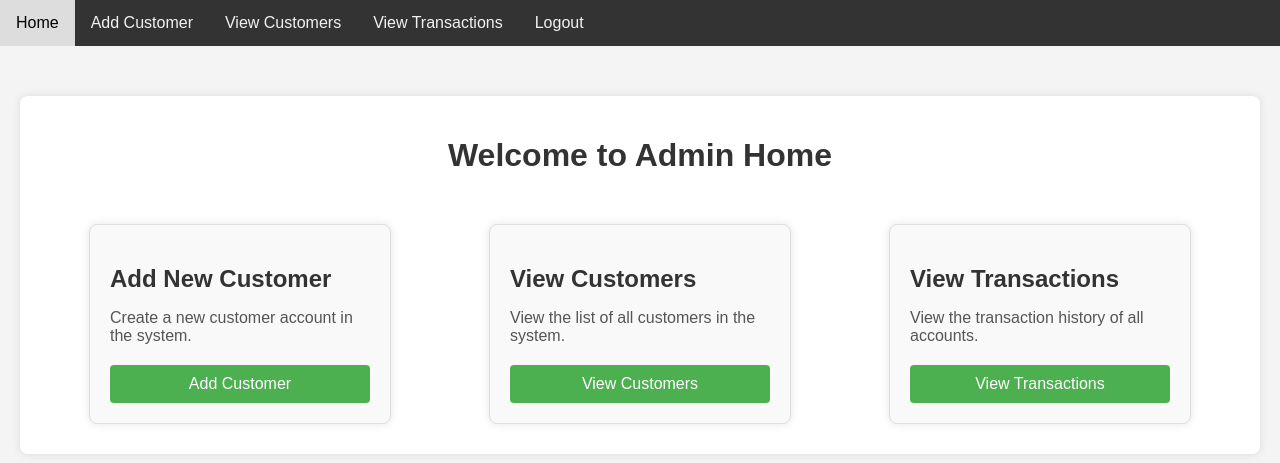
Repository: SuyashAwasthy/Javaee
Page: http://localhost/13-bank-application-mvc/admin
The author's editor kept a copy of each file at every save. The page is drawn from the files as they stood at one save, then again after the next save.
The browser window is 1280 px wide. The pictures show the whole page.
The page is served by Tomcat 9. The session is filled in as if someone had signed in: {"username": "testuser", "role": "Admin"}. Other server files are loaded and not shown. Queries for data that is not in the repository find no rows.

Above is the page before, as saved 2024-07-22 10:32:16.

### 13-bank-application-mvc/WebContent/adminHome.jsp
<!DOCTYPE html>
<html lang="en">
<head>
    <meta charset="UTF-8">
    <meta name="viewport" content="width=device-width, initial-scale=1.0">
    <title>Admin Home</title>
    <link rel="stylesheet" href="css/adminHome.css">
    <link rel="stylesheet" type="text/css" href="css/styles.css">
</head>
<body>
    <div class="navbar">
        <a href="adminHome.jsp">Home</a>
        <a href="addCustomer.jsp">Add Customer</a>
        <a href="viewCustomers.jsp">View Customers</a>
        <a href="viewTransaction.jsp">View Transactions</a>
    	<a href="logout" class="logout-btn">Logout</a>
    </div>

    <div class="container">
        <h1>Welcome to Admin Home</h1>
        <div class="card-container">
            <div class="card">
                <h2>Add New Customer</h2>
                <p>Create a new customer account in the system.</p>
                <a href="addCustomer.jsp" class="btn">Add Customer</a>
            </div>
            <div class="card">
                <h2>View Customers</h2>
                <p>View the list of all customers in the system.</p>
                <a href="viewCustomers.jsp" class="btn">View Customers</a>
            </div>
            <div class="card">
                <h2>View Transactions</h2>
                <p>View the transaction history of all accounts.</p>
                <a href="viewTransaction.jsp" class="btn">View Transactions</a>
            </div>
        </div>
    </div>
</body>
</html>

### 13-bank-application-mvc/src/com/techlabs/controller/AdminController.java
package com.techlabs.controller;

import java.io.IOException;
import java.util.List;

import javax.annotation.Resource;
import javax.servlet.RequestDispatcher;
import javax.servlet.ServletException;
import javax.servlet.annotation.WebServlet;
import javax.servlet.http.HttpServlet;
import javax.servlet.http.HttpServletRequest;
import javax.servlet.http.HttpServletResponse;
import javax.sql.DataSource;

import com.techlabs.dao.BankDAO;
import com.techlabs.entity.Account;
import com.techlabs.entity.Customer;
import com.techlabs.entity.Transaction;

@WebServlet("/admin")
public class AdminController extends HttpServlet {
	private static final long serialVersionUID = 1L;

	private BankDAO bankDao;

    @Resource(name = "jdbc/bankdb")
	private DataSource dataSource;


    @Override
	public void init() throws ServletException {
		super.init();
		bankDao = new BankDAO(dataSource);
	}


	protected void doGet(HttpServletRequest request, HttpServletResponse response) throws ServletException, IOException {
		String command = request.getParameter("command");

	    if (command == null) {
	    	command = "load_customers";
	    }

	    System.out.println(command);
	    switch(command) {
	    	case "add_customer":
	    		addCustomer(request, response);
	    		break;
	    	case "add_bank_account":
	    		addBankAccount(request, response);
	    		break;
	    	case "view_transaction":
	    		viewTransaction(request, response);
	    		break;
	    	default:
	    		viewCustomer(request, response);
	    }

	}

	private void viewCustomer(HttpServletRequest request, HttpServletResponse response) throws ServletException, IOException {
		List<Customer> customers = bankDao.viewCustomer();
		System.out.println(customers);

		request.setAttribute("customerList", customers);

		RequestDispatcher requestDispatcher = request.getRequestDispatcher("/adminHome.jsp");

		requestDispatcher.forward(request, response);

	}


	private void viewTransaction(HttpServletRequest request, HttpServletResponse response) throws ServletException, IOException {
		List<Transaction> transactions = bankDao.viewTransaction();
		System.out.println(transactions);

		request.setAttribute("transactionList", transactions);

		RequestDispatcher requestDispatcher = request.getRequestDispatcher("/viewTransaction.jsp");

		requestDispatcher.forward(request, response);

	}


	private void addBankAccount(HttpServletRequest request, HttpServletResponse response) throws ServletException, IOException {
		String customer_id = request.getParameter("customer_id");

		int customerId = 0;

	    customerId = Integer.parseInt(customer_id);
        Customer customer = bankDao.getCustomerById(customerId);

        if (customer != null) {
            Account account = new Account(customer.getId(), 0);
            boolean accountCreated = bankDao.createAccount(account);

            if (accountCreated) {

	            System.out.println("Bank account created successfully!");
	            request.setAttribute("successMessage", "Bank account created successfully!");
	            request.setAttribute("accountDetails", account);
            }
            else {
                request.setAttribute("errorMessage", "Failed to create bank account. Please try again.");
            }

        }
        else {
            System.out.println("Customer not found!");
            request.setAttribute("errorMessage", "Customer not found!");
        }
    }


	private void addCustomer(HttpServletRequest request, HttpServletResponse response) throws ServletException, IOException {

		String firstName = request.getParameter("first_name");
		String lastName = request.getParameter("last_name");
		String email = request.getParameter("email");
		String password = request.getParameter("password");

		Customer customer = new Customer(firstName, lastName, email, password);

		boolean addedOrNot = bankDao.addCustomer(customer);

		if(addedOrNot)
			System.out.println("Customer added successfully");

		response.sendRedirect(request.getContextPath() + "/admin?command=load_customers");

	}

	private void loadCustomers(HttpServletRequest request, HttpServletResponse response)
			throws ServletException, IOException {

		List<Customer> customerList = BankDAO.getCustomers();
		request.setAttribute("thecustomerList", customerList);
		RequestDispatcher requestDispatcher = request.getRequestDispatcher("/viewCustomers.jsp");
		requestDispatcher.forward(request, response);

	}

}

### 13-bank-application-mvc/WebContent/css/adminHome.css
body {
    font-family: 'Arial', sans-serif;
    background-color: #f4f4f4;
    margin: 0;
    padding: 0;
}

.navbar {
    background-color: #333;
    overflow: hidden;
}

.navbar a {
    float: left;
    display: block;
    color: #f2f2f2;
    text-align: center;
    padding: 14px 16px;
    text-decoration: none;
}

.navbar a:hover {
    background-color: #ddd;
    color: black;
}

.container {
    max-width: 1200px;
    margin: 50px auto;
    padding: 20px;
    background-color: white;
    box-shadow: 0 0 10px rgba(0, 0, 0, 0.1);
    border-radius: 8px;
    text-align: center;
}

h1 {
    margin-bottom: 40px;
    font-size: 32px;
    color: #333;
}

.card-container {
    display: flex;
    flex-wrap: wrap;
    justify-content: space-around;
}

.card {
    background-color: #f9f9f9;
    border: 1px solid #ddd;
    border-radius: 8px;
    padding: 20px;
    margin: 10px;
    width: calc(25% - 40px);
    box-shadow: 0 0 10px rgba(0, 0, 0, 0.1);
    text-align: left;
}

.card h2 {
    font-size: 24px;
    margin-bottom: 10px;
    color: #333;
}

.card p {
    font-size: 16px;
    margin-bottom: 20px;
    color: #555;
}

.btn {
    display: block;
    text-align: center;
    padding: 10px;
    background-color: #4CAF50;
    color: white;
    text-decoration: none;
    border-radius: 4px;
    transition: background-color 0.3s ease;
}

.btn:hover {
    background-color: #45a049;
}

@media (max-width: 768px) {
    .card {
        width: calc(50% - 40px);
    }
}

@media (max-width: 480px) {
    .card {
        width: calc(100% - 40px);
    }

    h1 {
        font-size: 24px;
    }
}

### 13-bank-application-mvc/WebContent/css/styles.css
.button {
	margin-top: 20px;
  	padding: 10px 20px;
    background-color: #04AA6D;
    color: white;
    border: none;
    border-radius: 4px;
    font-size: 16px;
    cursor: pointer;
    transition: background-color 0.3s ease;

}

.button:hover {
    background-color: #45a049;
}

.date-form {
    margin-bottom: 20px;
    justify-content: center;
    align-items: center;
    display: flex;
}

.date-form label {
    margin-right: 10px;
    font-weight: bold;
    color: #333;
}

.date-form input[type="date"] {
    margin-right: 10px;
    padding: 5px;
    border-radius: 4px;
    border: 1px solid #ccc;
}

.date-form .btn {
    padding: 10px 20px;
    background-color: #04AA6D;
    color: white;
    border: none;
    border-radius: 4px;
    font-size: 16px;
    cursor: pointer;
    transition: background-color 0.3s ease;
}

.date-form .btn:hover {
    background-color: #45a049;
}

.search-form {
    margin-bottom: 20px;
    display: flex;
    justify-content: center;
    align-items: center;
}

.search-form label {
    margin-right: 10px;
    font-weight: bold;
    color: #333;
}

.search-form select,
.search-form input[type="text"] {
    margin-right: 10px;
    padding: 5px;
    border-radius: 4px;
    border: 1px solid #ccc;
    font-size: 14px;
    width: 200px;
}

.search-form .btn {
    padding: 10px 20px;
    background-color: #04AA6D;
    color: white;
    border: none;
    border-radius: 4px;
    font-size: 16px;
    cursor: pointer;
    transition: background-color 0.3s ease;
}

.search-form .btn:hover {
    background-color: #45a049;
}

After the next save:
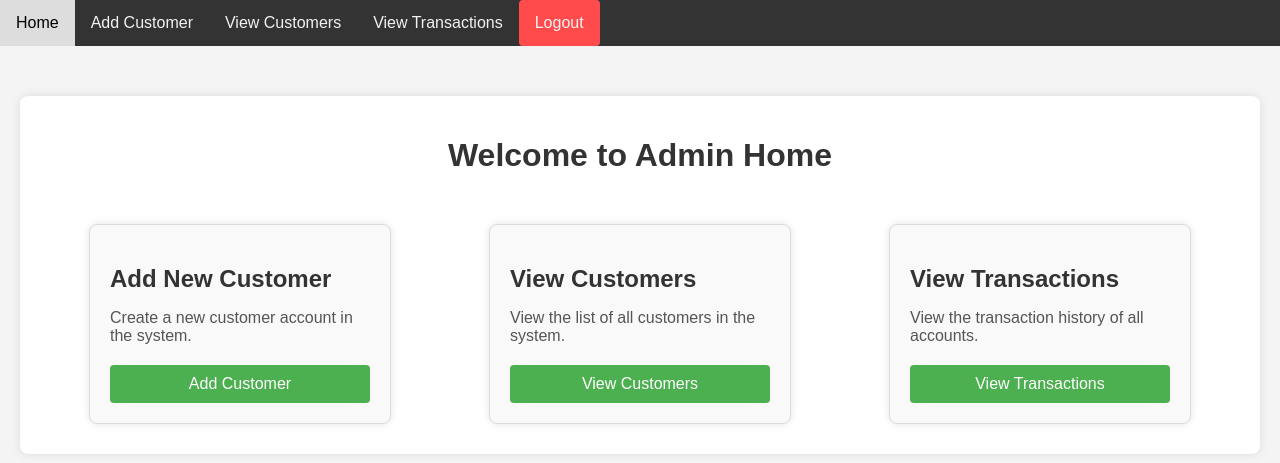
Saved 86 s later.
--- a/13-bank-application-mvc/WebContent/css/adminHome.css
+++ b/13-bank-application-mvc/WebContent/css/adminHome.css
@@ -99,3 +99,13 @@ h1 {
         font-size: 24px;
     }
 }
+
+.logout-btn {
+    float: right;
+    background-color: #ff4b4b;
+    color: white;
+    padding: 14px 16px;
+    text-decoration: none;
+    border-radius: 4px;
+    transition: background-color 0.3s ease;
+}
